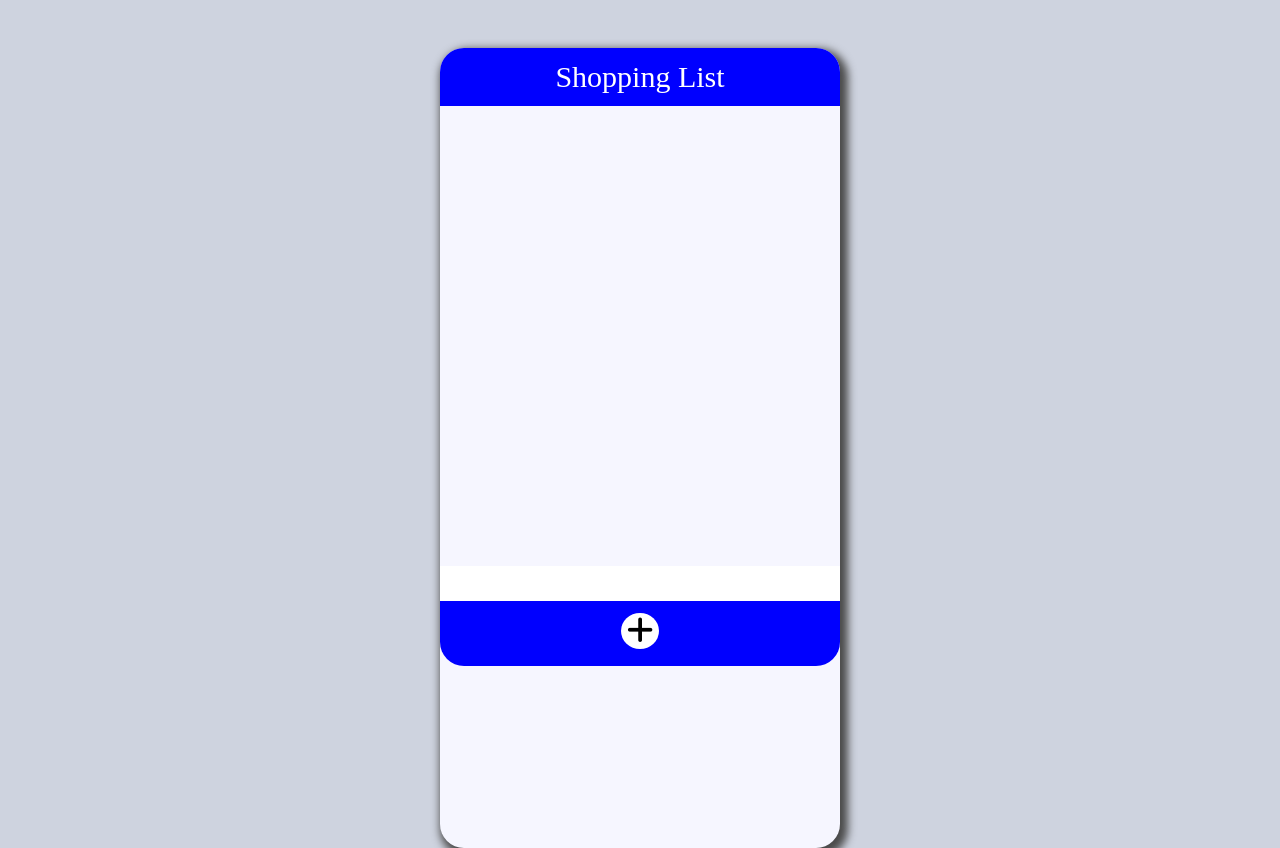
Repository: keehoonjung/Shopping-list
Page: index.html
The author's editor kept a copy of each file at every save. The page is drawn from the files as they stood at one save, then again after a run of saves.
The browser window is 1280 px wide. The pictures show the whole page.
Some web libraries are served in a nearby version.

Above is the page before, as saved 2021-08-09 14:32:00.

After the next 4 saves:
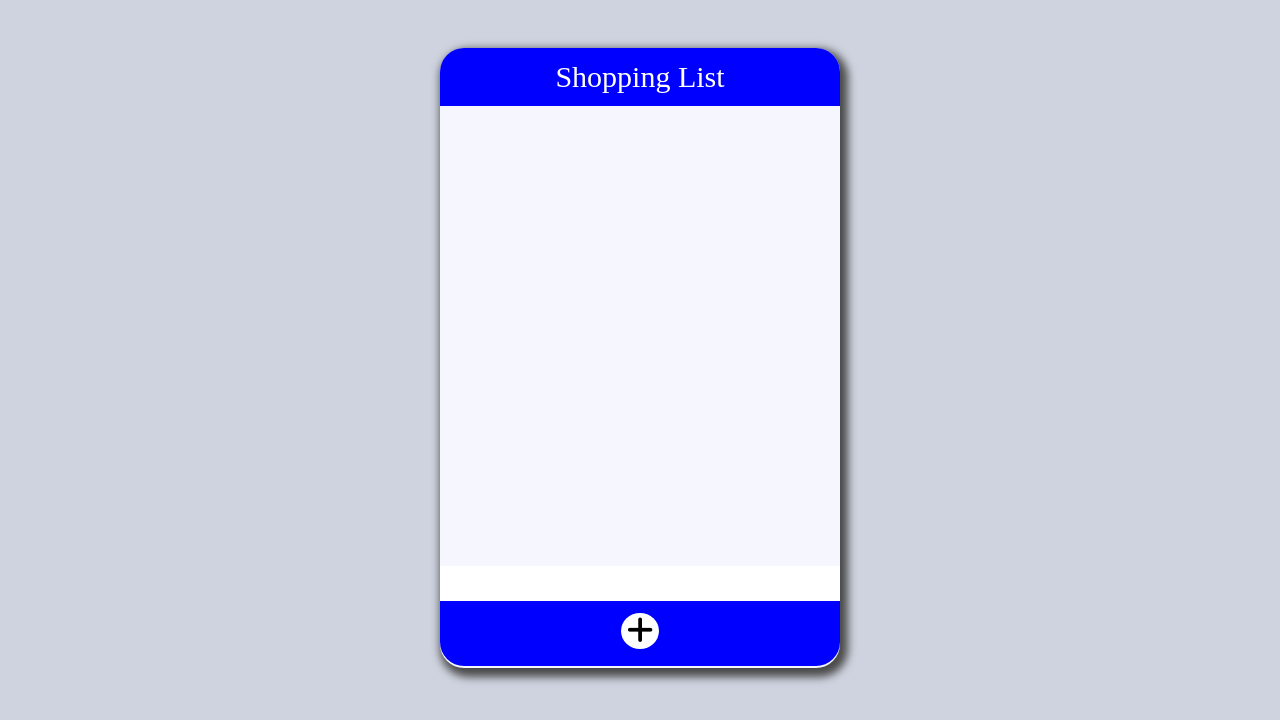
The 4 saves are shown as one change because they came seconds apart.
The last was saved 15 s later.
--- a/style.css
+++ b/style.css
@@ -36,7 +36,7 @@ button {
   margin: 0;
   display: inline-block;
   background-color: rgb(246, 246, 255);
-  height: 800px;
+  height: 620px;
   width: 400px;
   border-radius: 24px;
   transform: translateY(40px);
